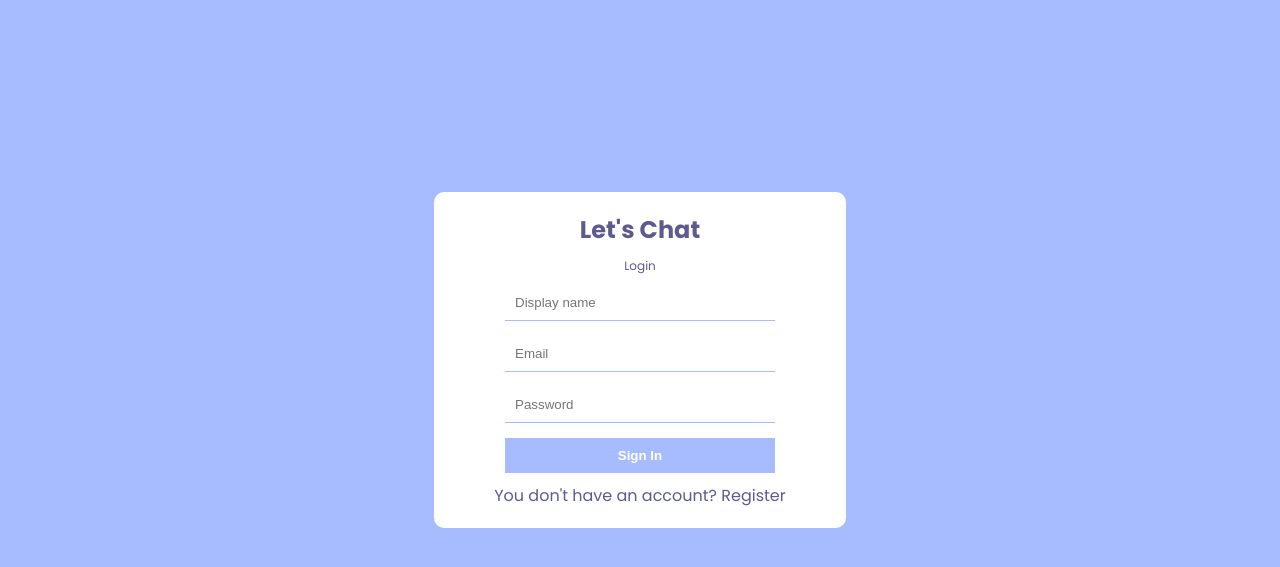
Repository: shikubro90/chatapp
Page: /
The author's editor kept a copy of each file at every save. The page is drawn from the files as they stood at one save, then again after the next save.
The browser window is 1280 px wide. The pictures show the whole page.
The project was rebuilt for these pictures with package versions that can differ from the ones it lists, and the page was loaded fresh each time. Also part of the build but not shown: src/pages/Register.jsx.

Above is the page before, as saved 2022-09-08 16:19:52.

After the next save:
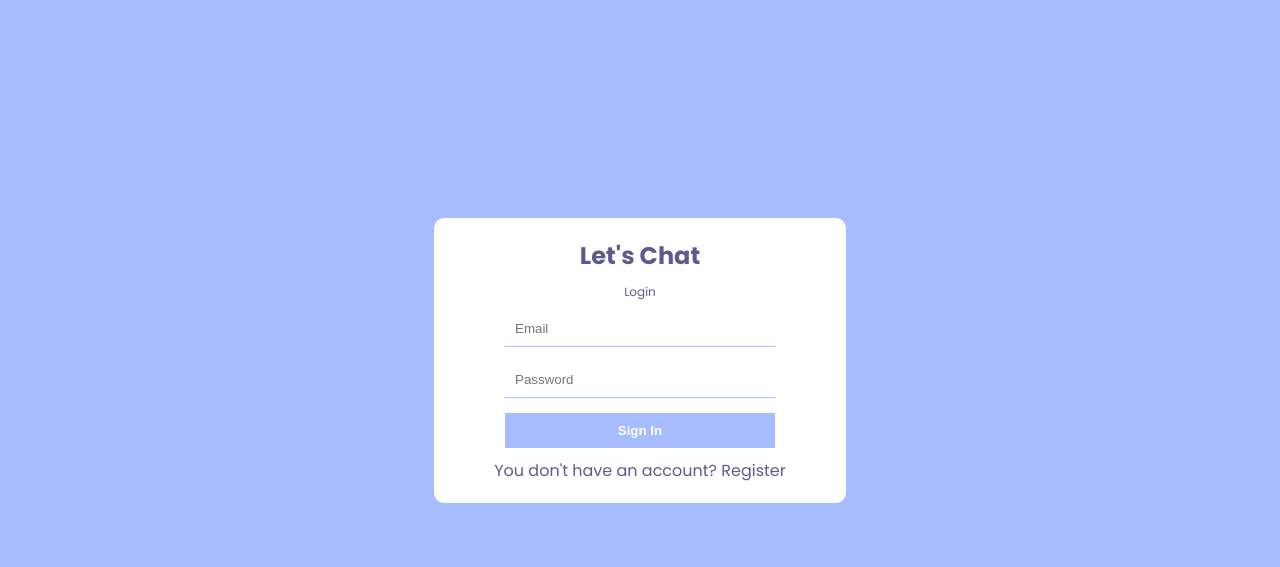
Saved 5 s later.
--- a/src/pages/Login.jsx
+++ b/src/pages/Login.jsx
@@ -7,7 +7,6 @@ const Login = () => {
               <span className='title'>Login</span>
 
               <form action="">
-                  <input type="text" placeholder='Display name' />
                   <input type="email" placeholder='Email'/>
                   <input type="password" placeholder='Password'/>
                   <button>Sign In</button>
